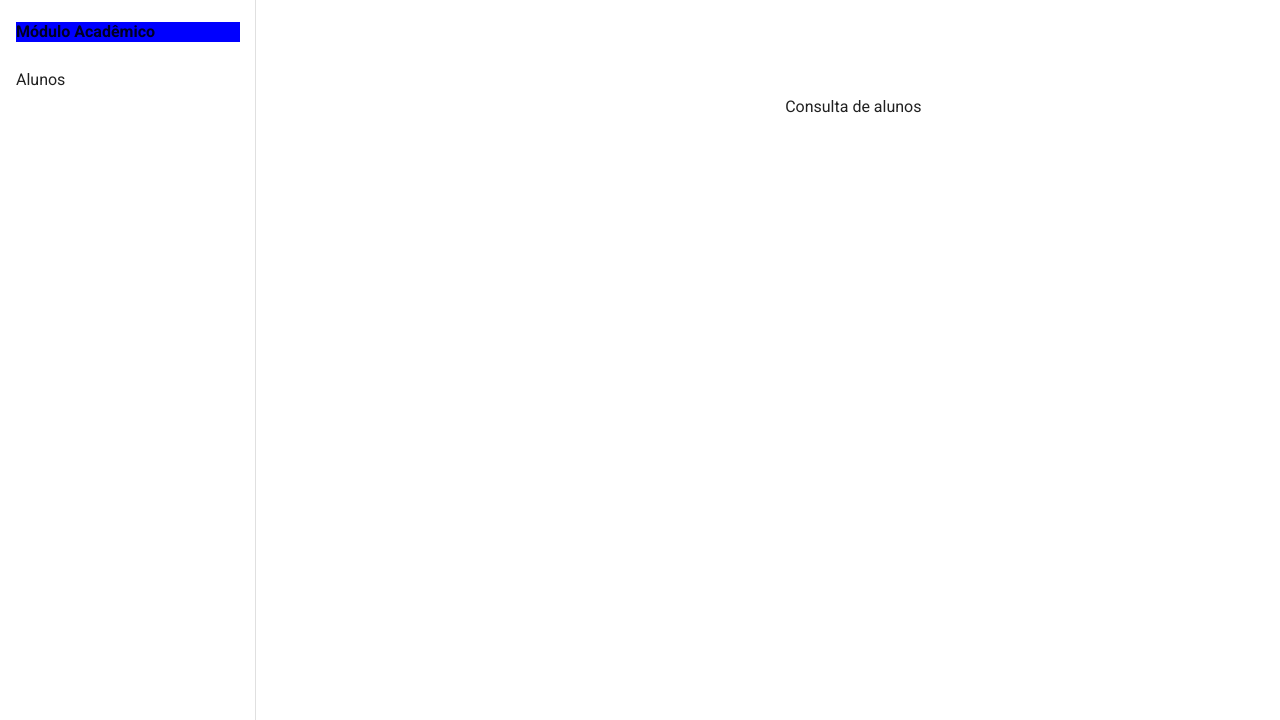
Repository: sergiohidekiono/vue-student
Page: /
The author's editor kept a copy of each file at every save. The page is drawn from the files as they stood at one save, then again after the next save.
The browser window is 1280 px wide. The pictures show the whole page.
The project was rebuilt for these pictures with package versions that can differ from the ones it lists, and the page was loaded fresh each time. Also part of the build but not shown: vue.config.js.

Above is the page before, as saved 2024-08-07 09:30:37.

### src/App.vue
<template>
  <v-app>
    <v-main class="wrapper">
      <StudentList class="wrapper" />
    </v-main>
  </v-app>
</template>

<script>
import StudentList from './components/student-list';

export default {
  name: 'App',

  components: {
    StudentList,
  },

  data: () => ({
    //
  }),
};
</script>

<style>
.wrapper {
  width: 100vw;
  height: 100vh;
  margin: 0;
}
</style>

### src/components/student-list.vue
<template>
    <v-container>
        <v-row>
            <div class="d-flex align-start">
                <v-img :src="require('../assets/logo.png')" class="my-3" />
            </div>
        </v-row>
        <!-- <v-row>
            <v-col cols="2">
                <v-row class="">
                    <h4>Módulo Acadêmico</h4>
                </v-row>
                <v-row>
                    <span>Alunos</span>
                </v-row>

            </v-col>
            <v-col cols="10">
                <v-row cols="12" class="d-flex justify-center">
                    <span>Consulta de alunos</span>
                </v-row>
            </v-col>
        </v-row> -->
        <v-row>
            <v-col cols="2">
                <v-navigation-drawer v-model="drawer" app clipped :permanent="false">
                    <v-list>
                        <v-list-item>
                            <v-list-item-content>
                                <v-list-item-title style="background: blue;">
                                    <h4>Módulo Acadêmico</h4>
                                </v-list-item-title>
                            </v-list-item-content>
                        </v-list-item>
                        <v-list-item link>
                            <v-list-item-content>
                                <v-list-item-title>Alunos</v-list-item-title>
                            </v-list-item-content>
                        </v-list-item>
                    </v-list>
                </v-navigation-drawer>
            </v-col>
            <v-col cols="10">
                <v-row cols="12" class="d-flex justify-center">
                    <span>Consulta de alunos</span>
                </v-row>
            </v-col>
        </v-row>

    </v-container>
</template>
<script>
</script>

<style></style>

Loaded but not shown: public/index.html (common file); src/main.js (common file); src/plugins/vuetify.js (common file)

After the next save:
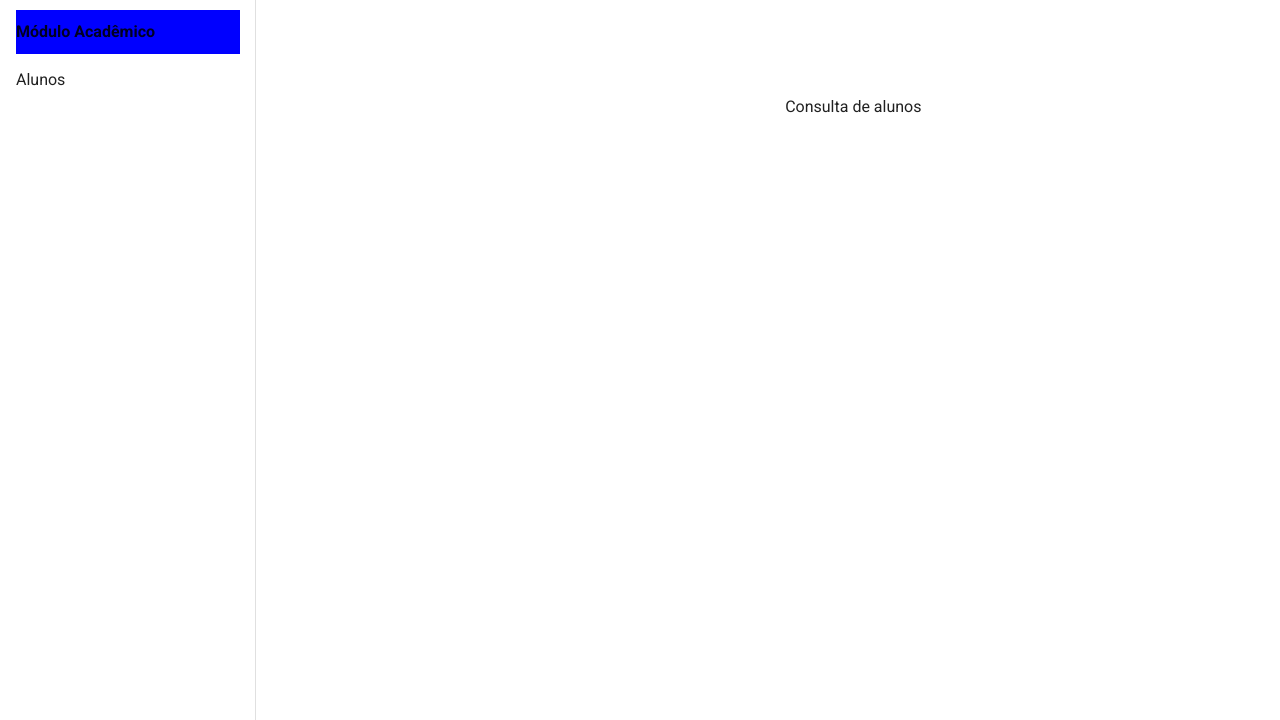
Saved 13 s later.
--- a/src/components/student-list.vue
+++ b/src/components/student-list.vue
@@ -26,8 +26,8 @@
                 <v-navigation-drawer v-model="drawer" app clipped :permanent="false">
                     <v-list>
                         <v-list-item>
-                            <v-list-item-content>
-                                <v-list-item-title style="background: blue;">
+                            <v-list-item-content  style="background: blue;">
+                                <v-list-item-title>
                                     <h4>Módulo Acadêmico</h4>
                                 </v-list-item-title>
                             </v-list-item-content>

After the 2 saves that followed:
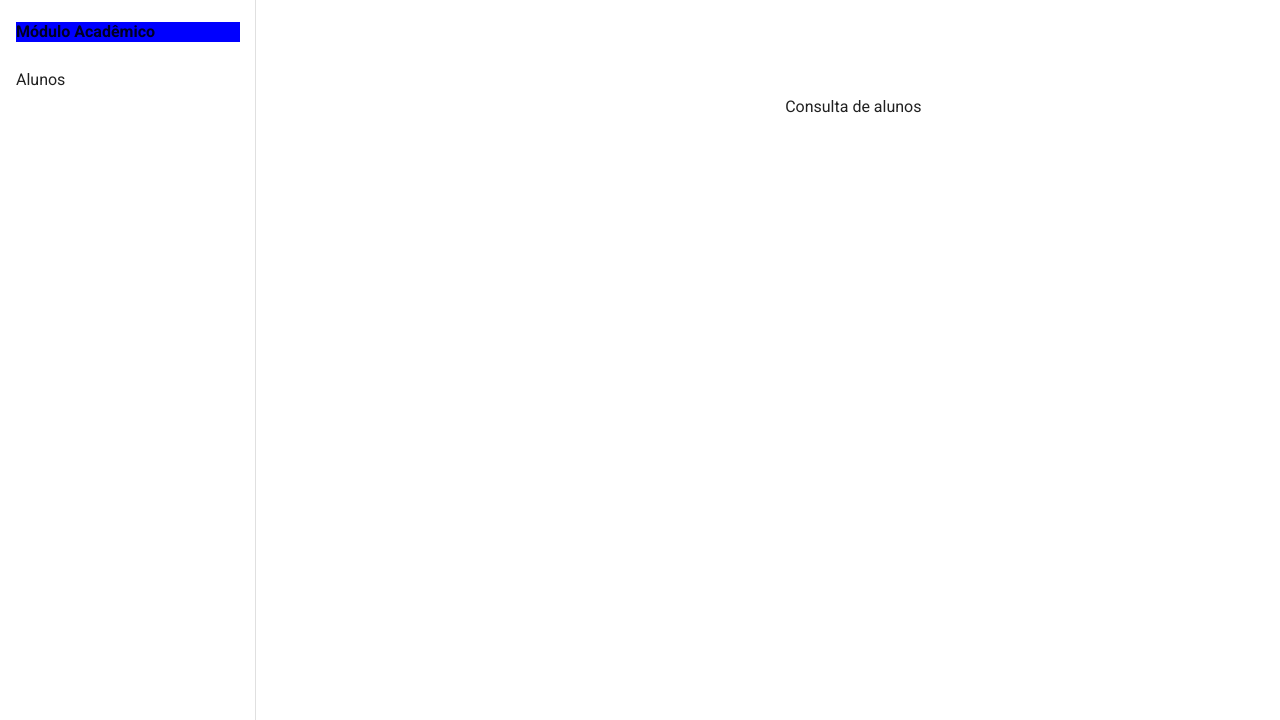
The 2 saves are shown as one change because 1 left the picture as it was.
The last was saved 15 s later.
--- a/src/components/student-list.vue
+++ b/src/components/student-list.vue
@@ -26,7 +26,7 @@
                 <v-navigation-drawer v-model="drawer" app clipped :permanent="false">
                     <v-list>
                         <v-list-item>
-                            <v-list-item-content  style="background: blue;">
+                            <v-list-item-content style="background: blue; padding: 0;">
                                 <v-list-item-title>
                                     <h4>Módulo Acadêmico</h4>
                                 </v-list-item-title>
